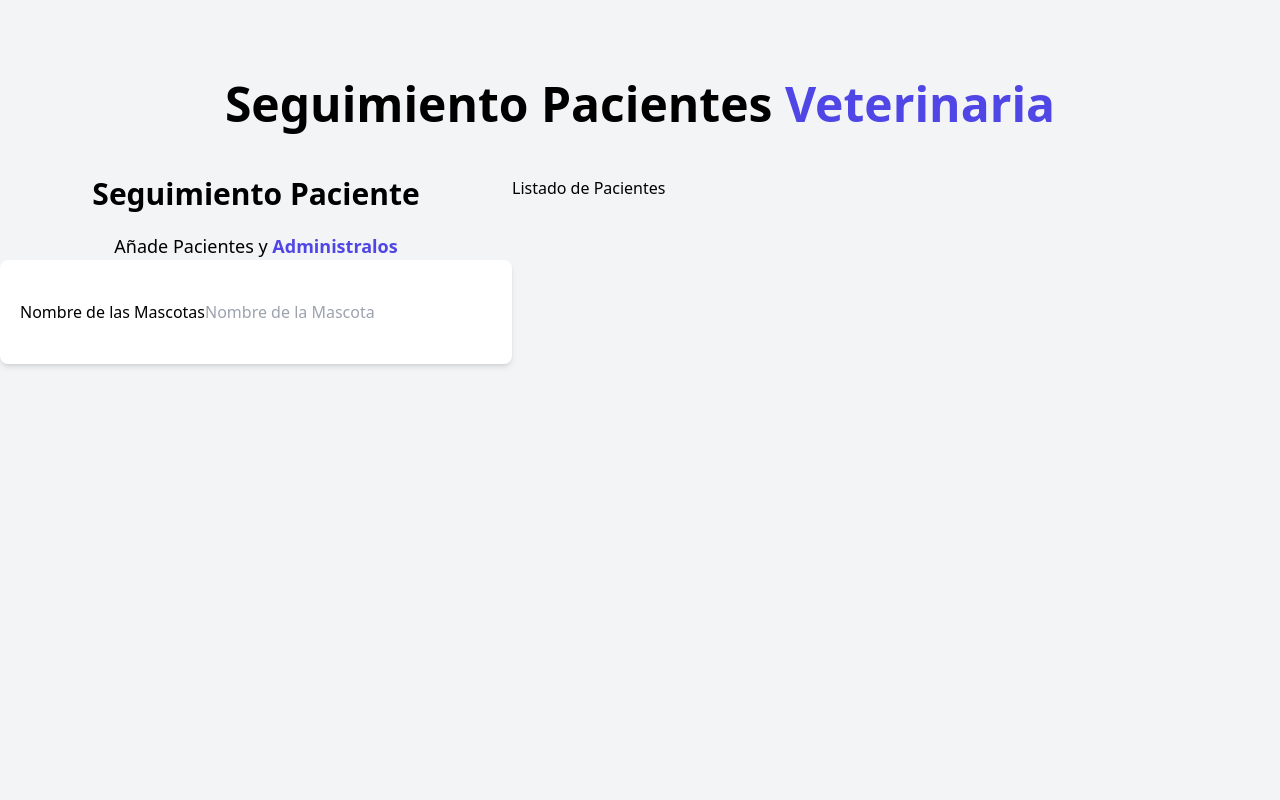
Repository: richardacb/citas_react_vite
Page: /
The author's editor kept a copy of each file at every save. The page is drawn from the files as they stood at one save, then again after a run of saves.
The browser window is 1280 px wide. The pictures show the whole page.
The project was rebuilt for these pictures with package versions that can differ from the ones it lists, and the page was loaded fresh each time. Also part of the build but not shown: vite.config.js.

Above is the page before, as saved 2022-12-17 02:42:10.

After the next 2 saves:
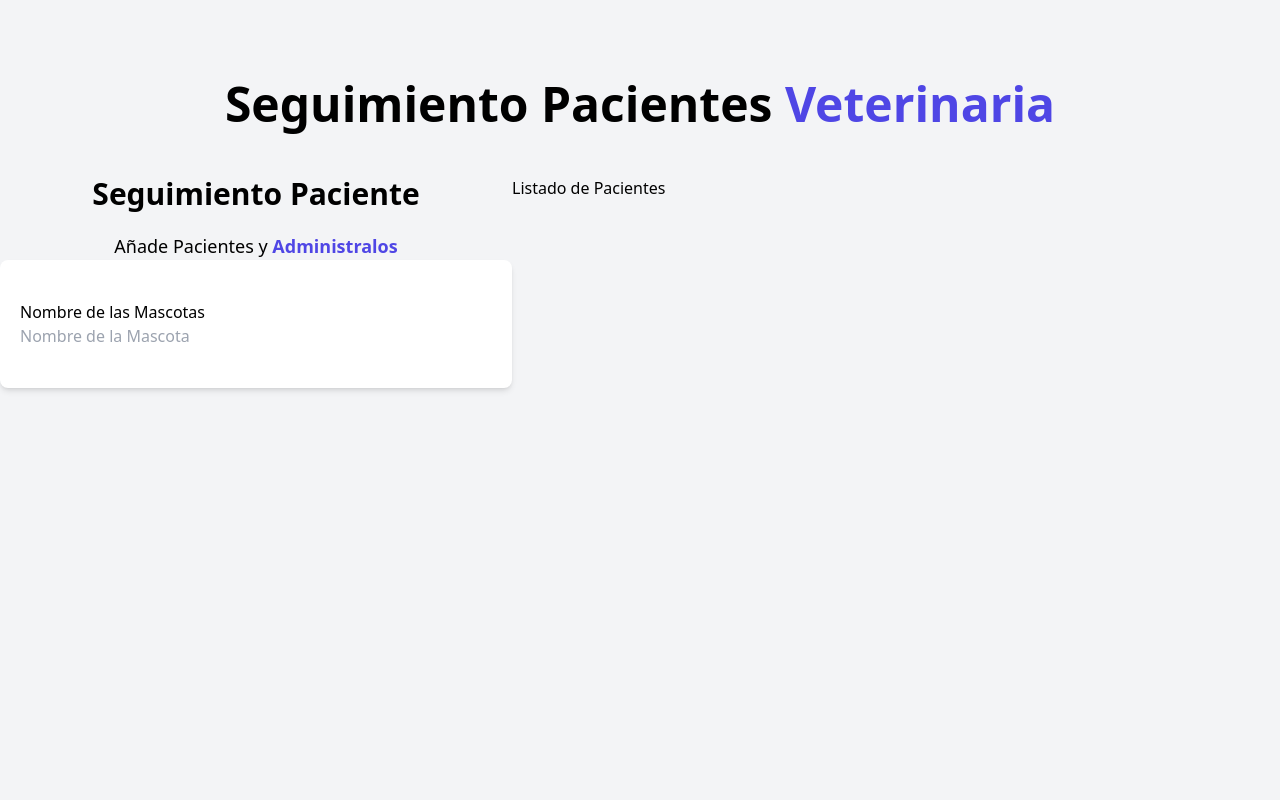
The 2 saves are shown as one change because they came seconds apart.
The last was saved 15 s later.
--- a/src/components/Formulario.jsx
+++ b/src/components/Formulario.jsx
@@ -9,7 +9,7 @@ const Formulario = () => {
 
             <form className="bg-white shadow-md rounded-lg py-10 px-5">
                 <div>
-                    <label>Nombre de las Mascotas</label>
+                    <label className="block">Nombre de las Mascotas</label>
                     <input
                         type="text"
                         placeholder="Nombre de la Mascota"
